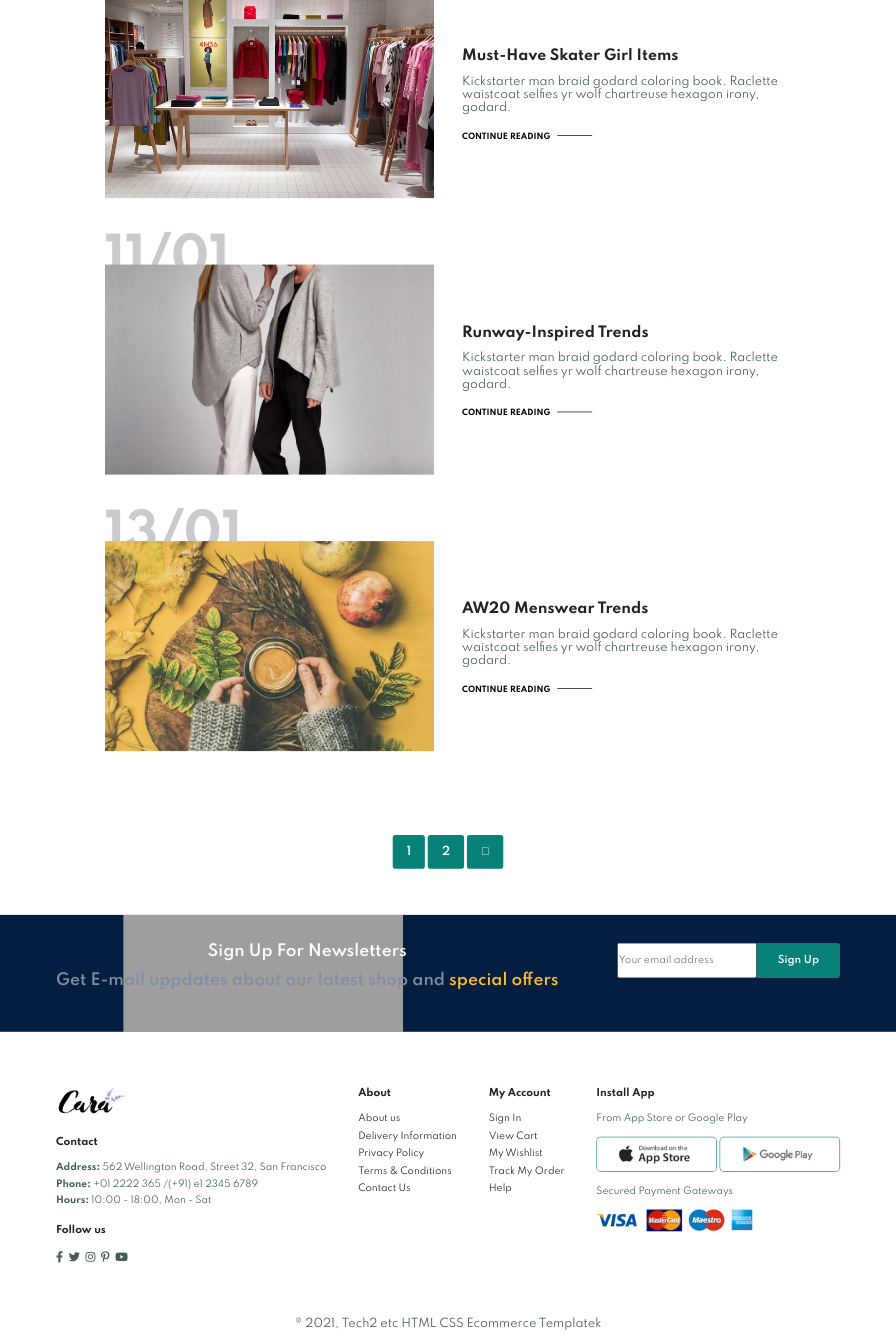
Repository: MinhNhatIT2901/Ecommerce
Page: blog.html
An editor plug-in stored every save of this project. The page is shown before and after the next save, followed by the edit.
The browser window is 1280 px wide. The pictures show the part of the page from y = 1330 to 3250 px (the page is 3250 px tall), at 70% of full size.
Pictures or frames that could not be fetched are drawn as grey boxes. Some web libraries are served in a nearby version.

Above is the page before, as saved 2022-02-06 23:05:06.

After the next save:
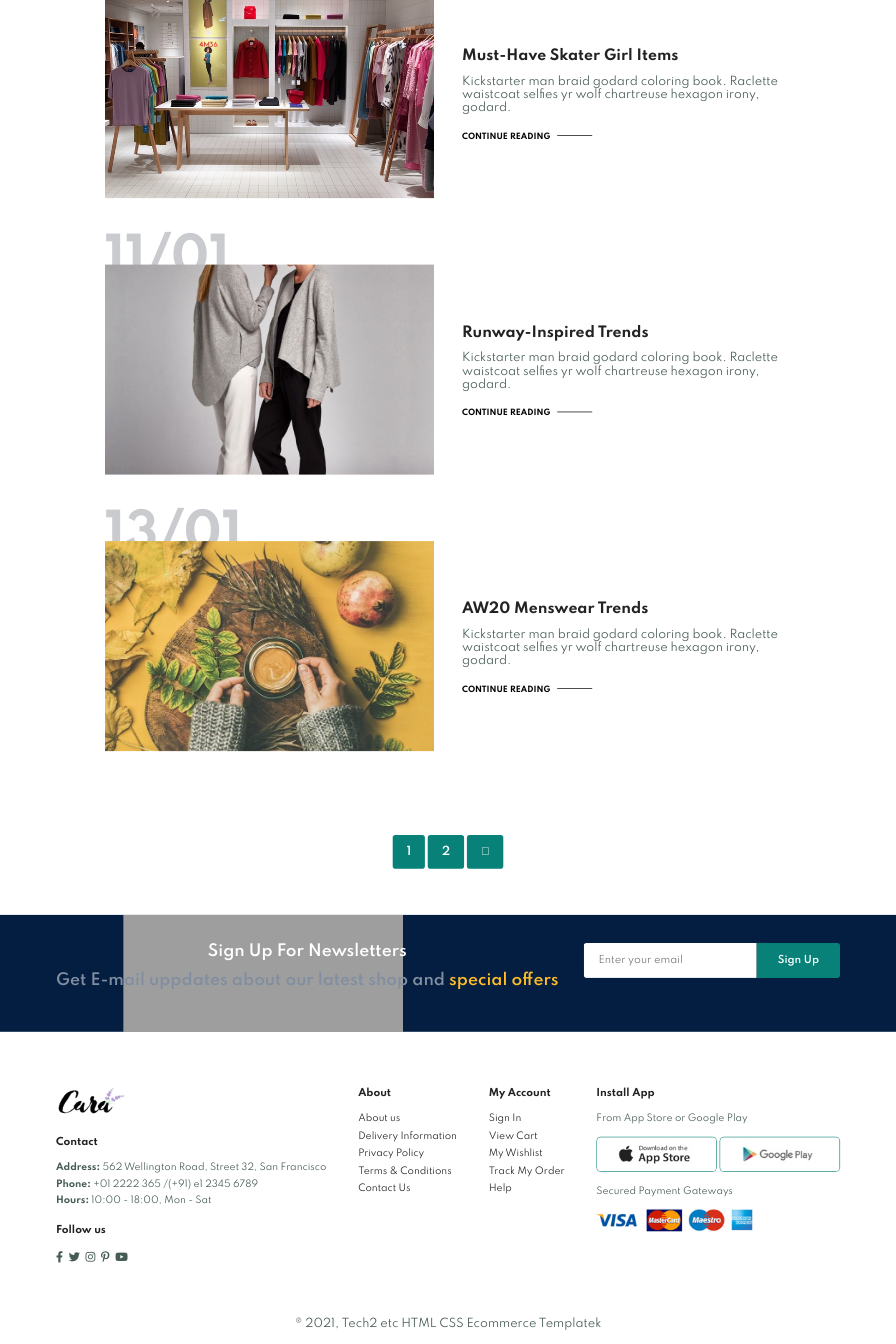
Saved 23 s later.
--- a/blog.html
+++ b/blog.html
@@ -116,7 +116,7 @@
             <p>Get E-mail uppdates about our latest shop and <span>special offers</span></p>
         </div>
         <div class="form">
-            <input type="text" placeholder="Your email address">
+            <input type="text" class="form-input" placeholder="Enter your email">
             <button class="normal">Sign Up</button>
         </div>
     </section>
